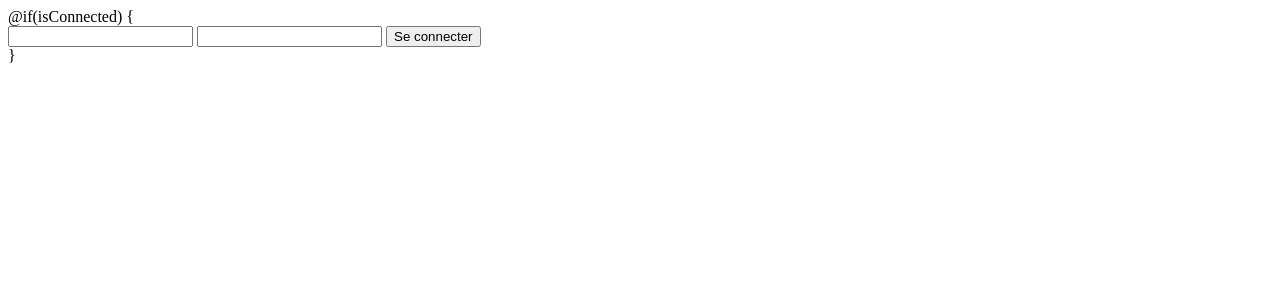
Repository: SchArthur/spring_bsd
Page: test.html
The author's editor kept a copy of each file at every save. The page is drawn from the files as they stood at one save, then again after the next save.
The browser window is 1280 px wide. The pictures show the whole page.

Above is the page before, as saved 2024-12-04 14:10:05.

### test.html
<!DOCTYPE html>
<html lang="en">

<head>
  <meta charset="UTF-8">
  <meta name="viewport" content="width=device-width, initial-scale=1.0">
  <title>Document</title>
</head>

<body>
  @if(isConnected) {
    <form id="formulaire-connexion" onsubmit="return onConnexion();">
      <input type="email" id="champs-email">
      <input type="password" id="champs-password">
      <button>Se connecter</button>
    </form>
  }
</body>

<script>

  init();

  function init() {

    //si l'utilisateur est connecté
    if (localStorage.getItem("jwt") != null) {
      const formulaireConnexion = document.getElementById("formulaire-connexion")
      formulaireConnexion.style.display = "none"
    }

  }

  function onConnexion() {

    fetch("http://localhost:8080/connexion")
      .then(reponse => reponse.text())
      .then(jwt => {
        localStorage.setItem("jwt", jwt)
        init()
      })

    return false;
  }

</script>

</html>

After the next save:
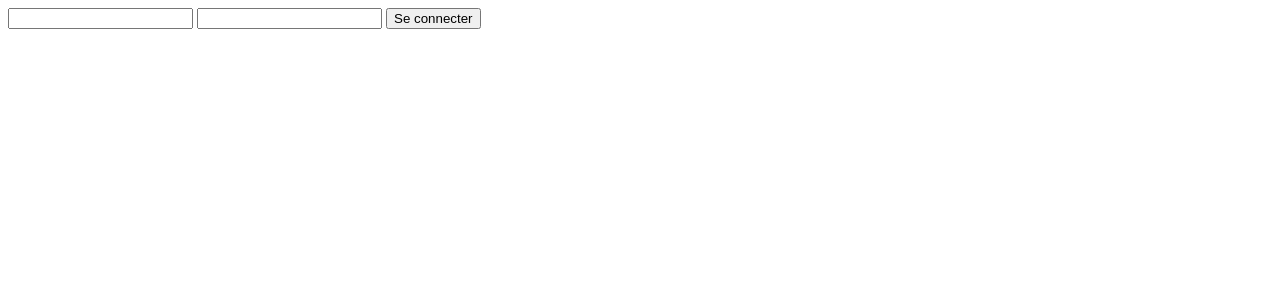
Saved 10 s later.
--- a/test.html
+++ b/test.html
@@ -8,13 +8,11 @@
 </head>
 
 <body>
-  @if(isConnected) {
-    <form id="formulaire-connexion" onsubmit="return onConnexion();">
-      <input type="email" id="champs-email">
-      <input type="password" id="champs-password">
-      <button>Se connecter</button>
-    </form>
-  }
+  <form id="formulaire-connexion" onsubmit="return onConnexion();">
+    <input type="email" id="champs-email">
+    <input type="password" id="champs-password">
+    <button>Se connecter</button>
+  </form>
 </body>
 
 <script>
